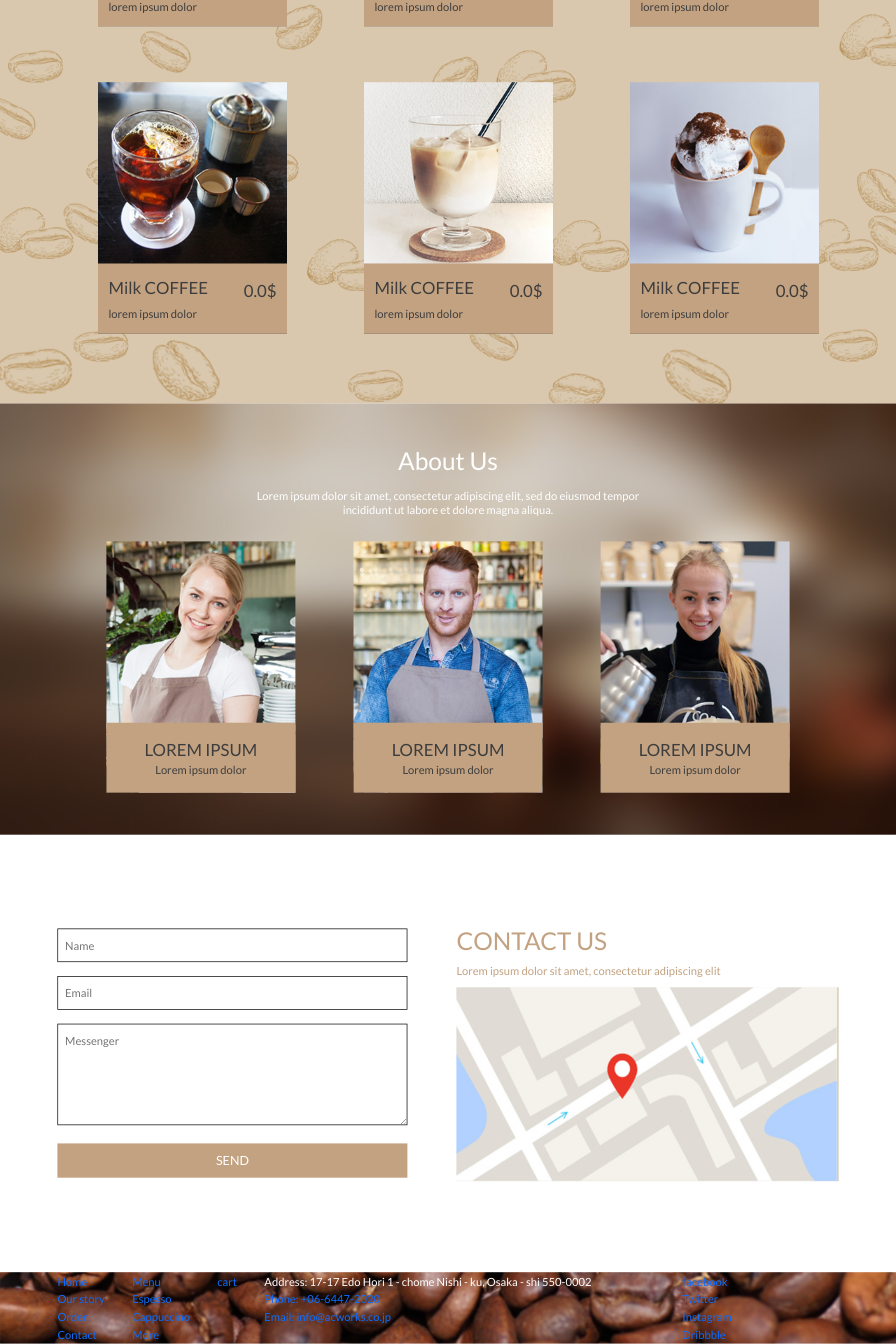
Repository: kuluong2000/coffe
Page: index.html
These files come from the project's save history. The page is drawn as it stood at one moment and after the next save; the edit follows.
The browser window is 1280 px wide. The pictures show the part of the page from y = 1778 to 3698 px (the page is 3698 px tall), at 70% of full size.

Above is the page before, as saved 2021-10-06 20:30:04.

After the next save:
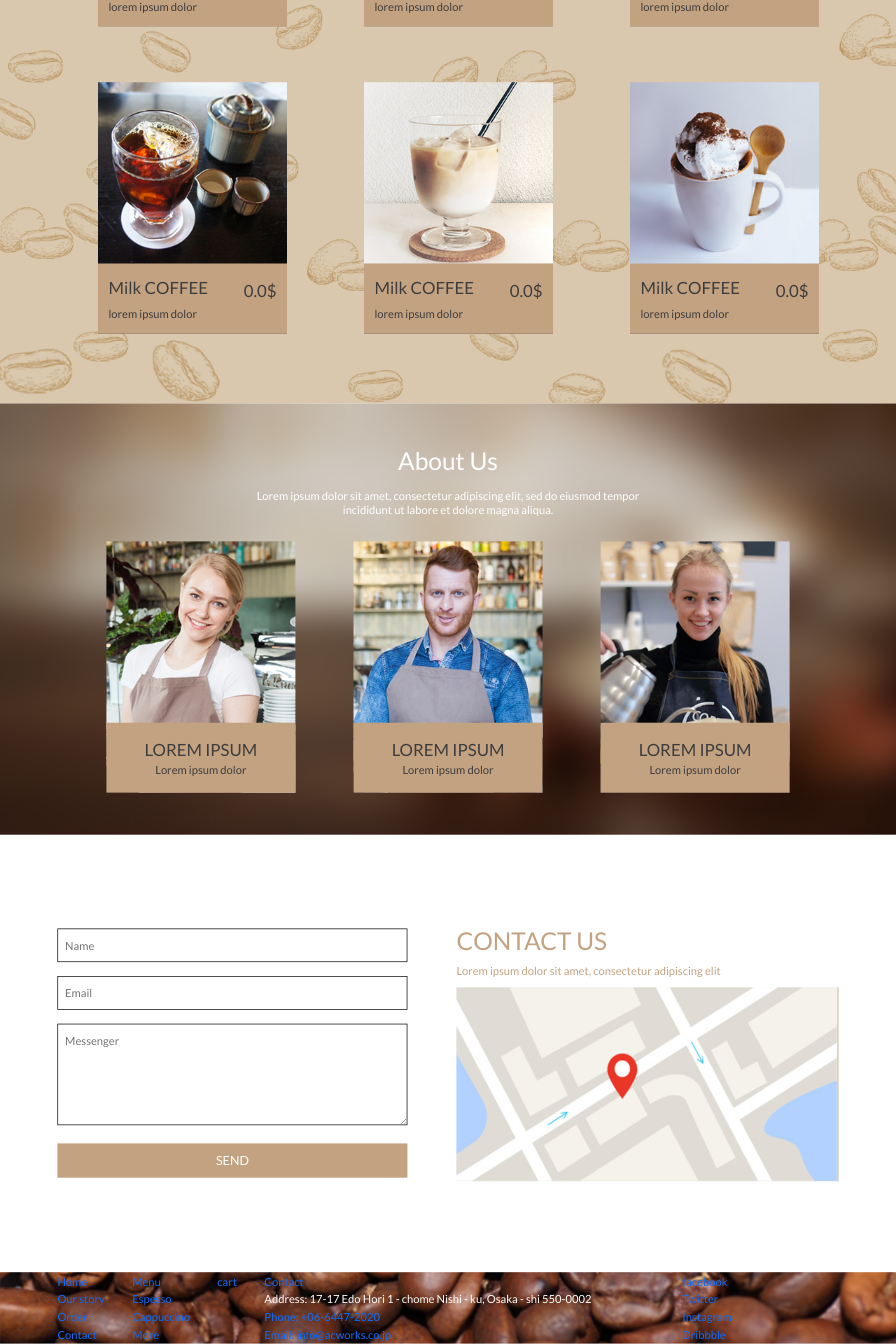
Saved 35 s later.
--- a/index.html
+++ b/index.html
@@ -258,6 +258,7 @@
             </div>
             <div class="footer-item">
               <div class="footer-item-contact">
+                <a href="#" class="footer-contact-title">Contact</a>
                 <p class="footer-contact-address">Address: 17-17 Edo Hori 1 - chome Nishi - ku, Osaka - shi 550-0002</p>
                 <a href="tel:0664472020" class="footer-contact-phone">Phone: +06-6447-2020</a>
                 <a href="mailto:info@acworks.co.jp" class="footer-contact-email">Email: info@acworks.co.jp</a>
